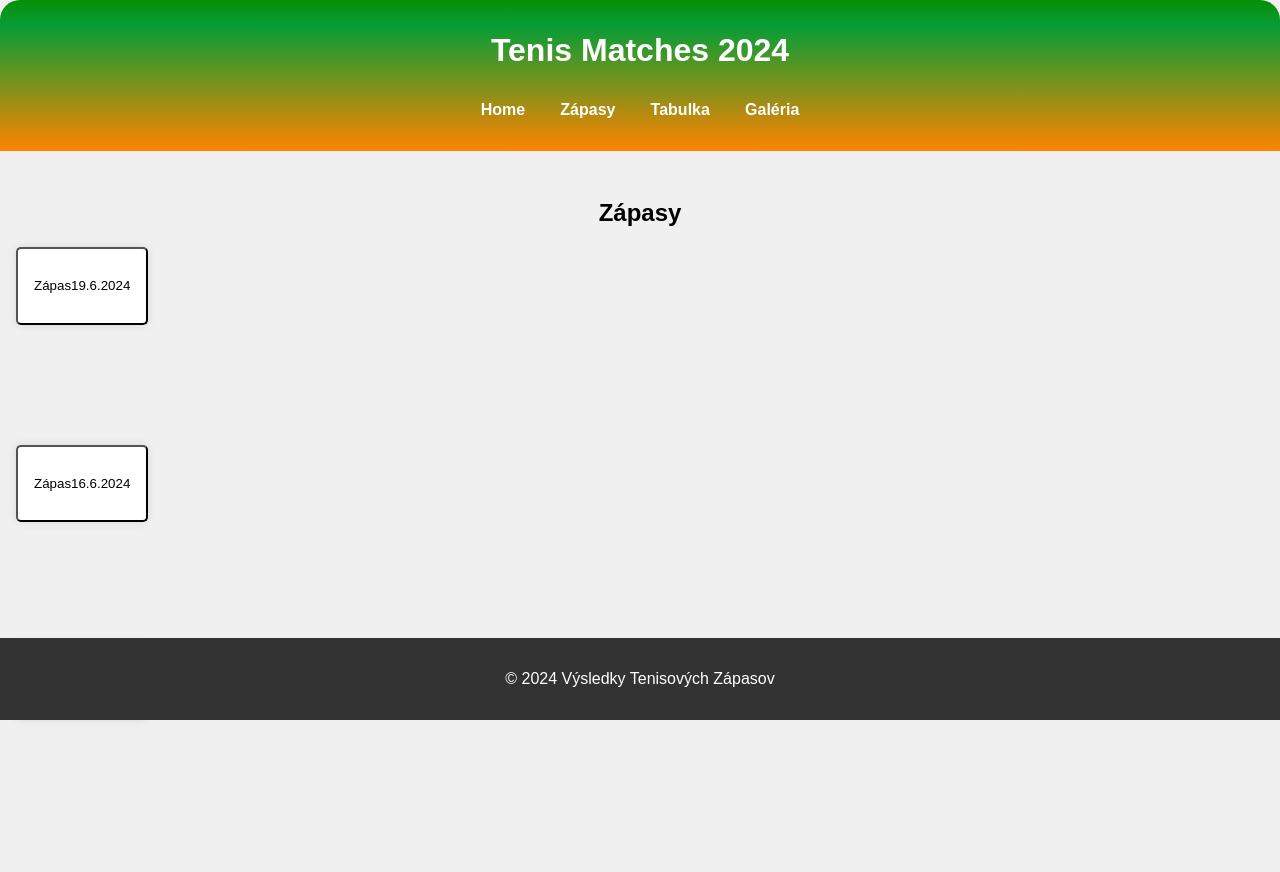
Repository: Badynko/tenis
Page: matches.html
The author's editor kept a copy of each file at every save. The page is drawn from the files as they stood at one save, then again after the next save.
The browser window is 1280 px wide. The pictures show the whole page.

Above is the page before, as saved 2024-07-23 17:05:10.

After the next save:
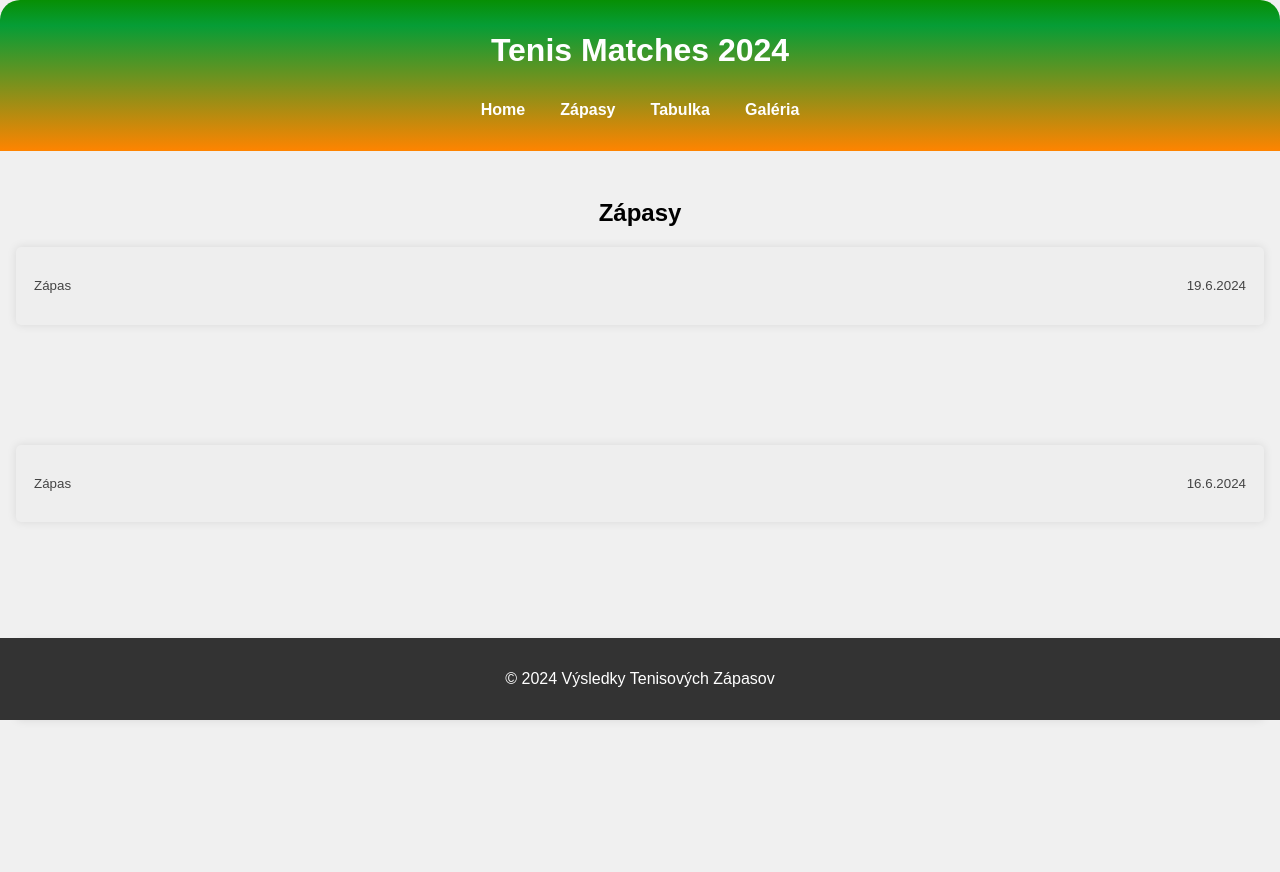
Saved 20 s later.
--- a/css/style.css
+++ b/css/style.css
@@ -146,7 +146,7 @@ footer {
 }
 
 /* Style the buttons that are used to open and close the accordion panel */
-.accordion {
+.match {
   background-color: #eee;
   color: #444;
   cursor: pointer;
